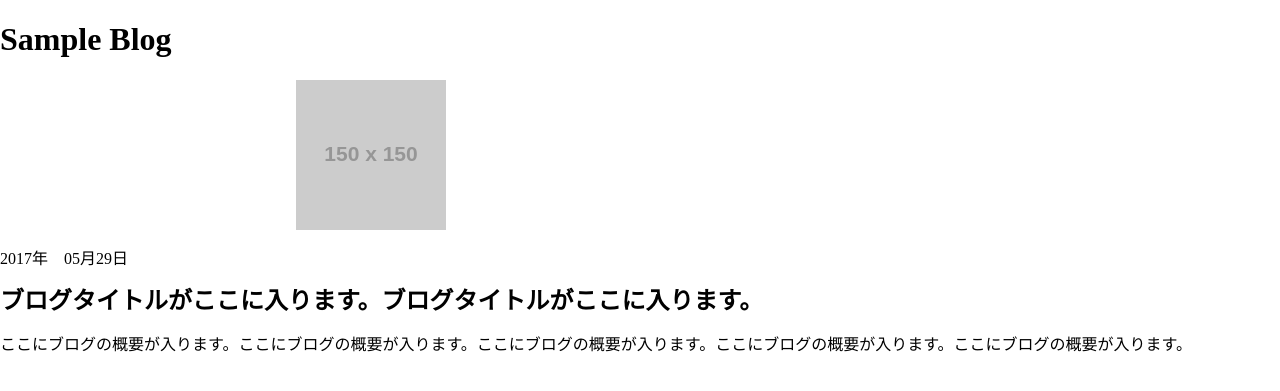
Repository: taka292/myview
Page: html/batty_coffee_stand/index.html
The author's editor kept a record of every edit. The page is drawn from the files as they stood at one moment, then again after the next edit.
The browser window is 1280 px wide. The pictures show the whole page.

Above is the page before.

After the next edit:
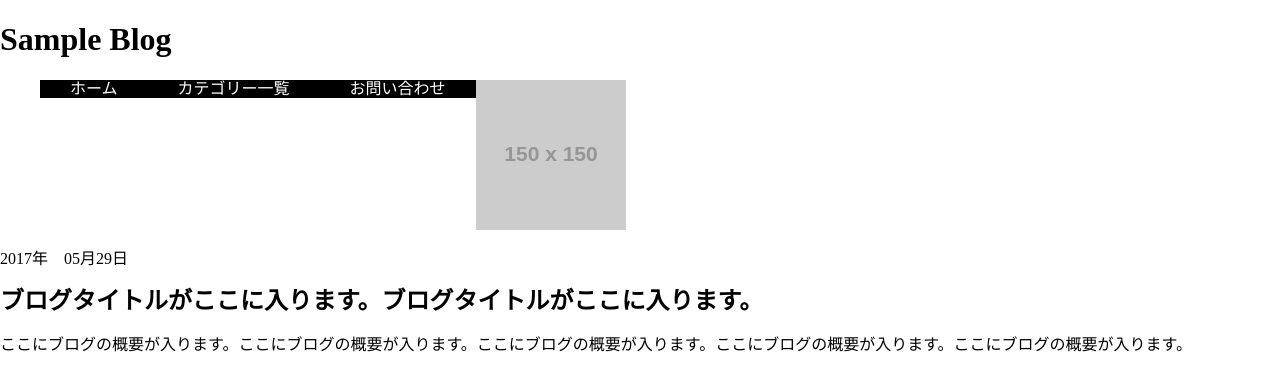
The edit:
--- a/html/batty_coffee_stand/css/style.css
+++ b/html/batty_coffee_stand/css/style.css
@@ -6,8 +6,10 @@
 .info li{
   list-style-type:none;
   float:left;
+  padding:0 30px;
+  text-align:center;
 }
-.info{
+.info li{
   background-color:black;
   color:white;
 }
